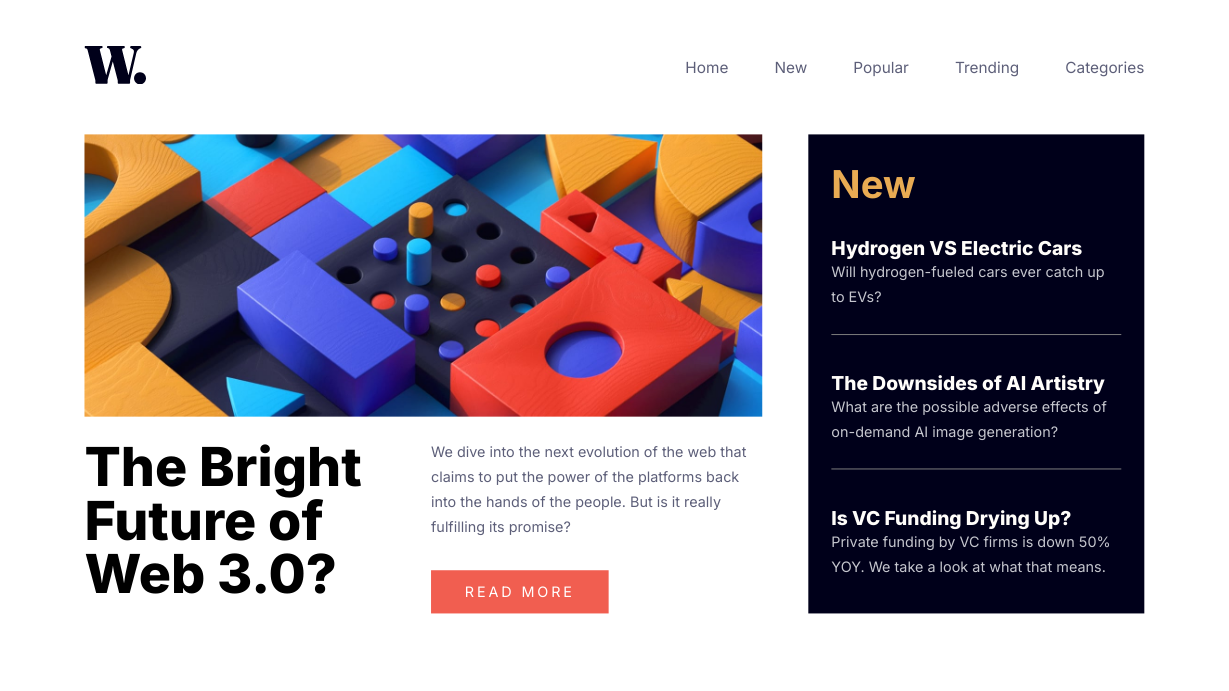
Repository: DevAntonioRogers/FrontendMentor-News-Homepage
Page: index.html
The author's editor kept a copy of each file at every save. The page is drawn from the files as they stood at one save, then again after the next save.
The browser window is 1280 px wide. The pictures show the whole page, at 96% of full size.

Above is the page before, as saved 2023-04-22 15:33:51.

After the next save:
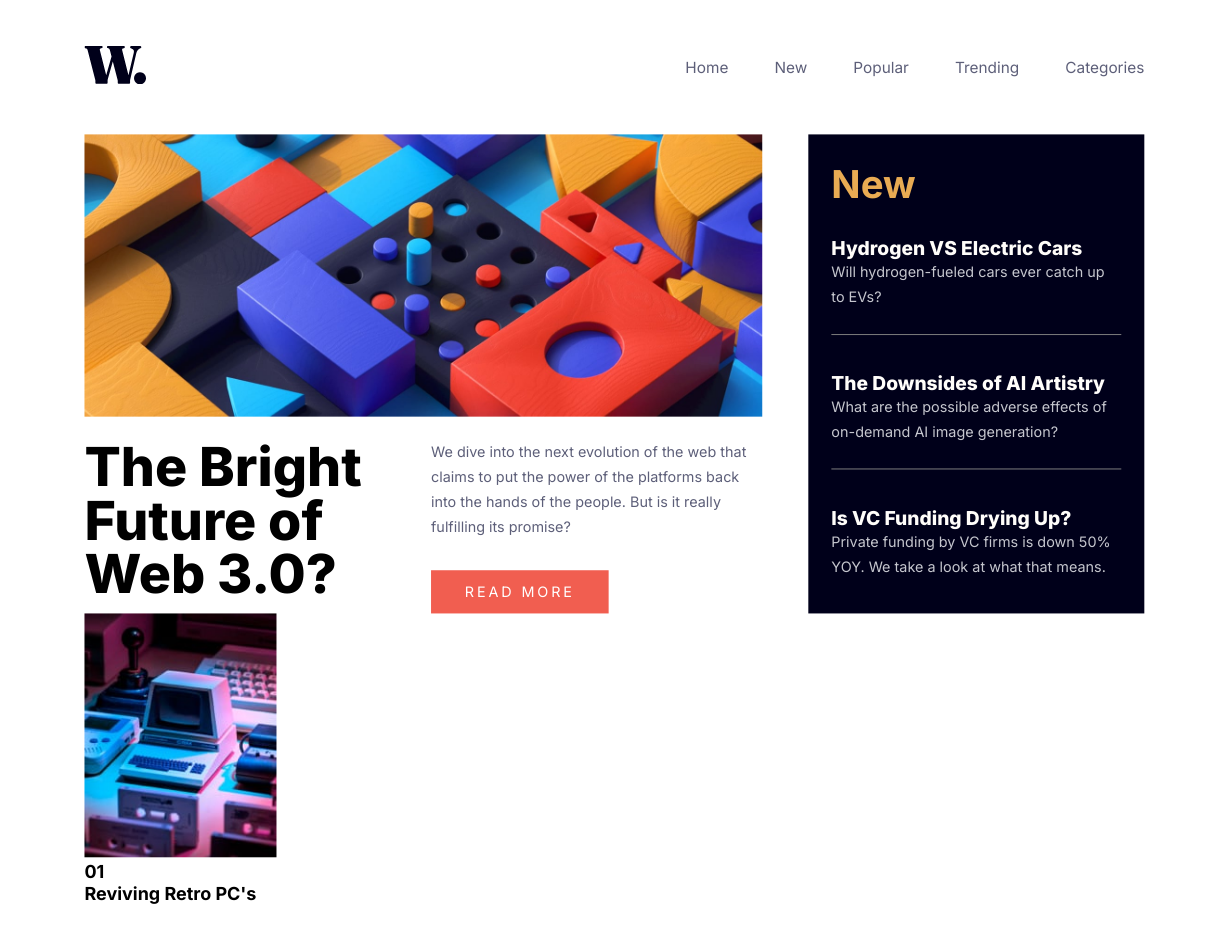
Saved 2 min 34 s later.
--- a/index.html
+++ b/index.html
@@ -65,5 +65,19 @@
         </div>
       </div>
     </section>
+
+    <section class="articles">
+      <article>
+        <div class="article-image">
+          <img src="/assets/image-retro-pcs.jpg" alt="" />
+        </div>
+
+        <div class="article-info">
+          <h1>01</h1>
+          <h3>Reviving Retro PC's</h3>
+          <p></p>
+        </div>
+      </article>
+    </section>
   </body>
 </html>
